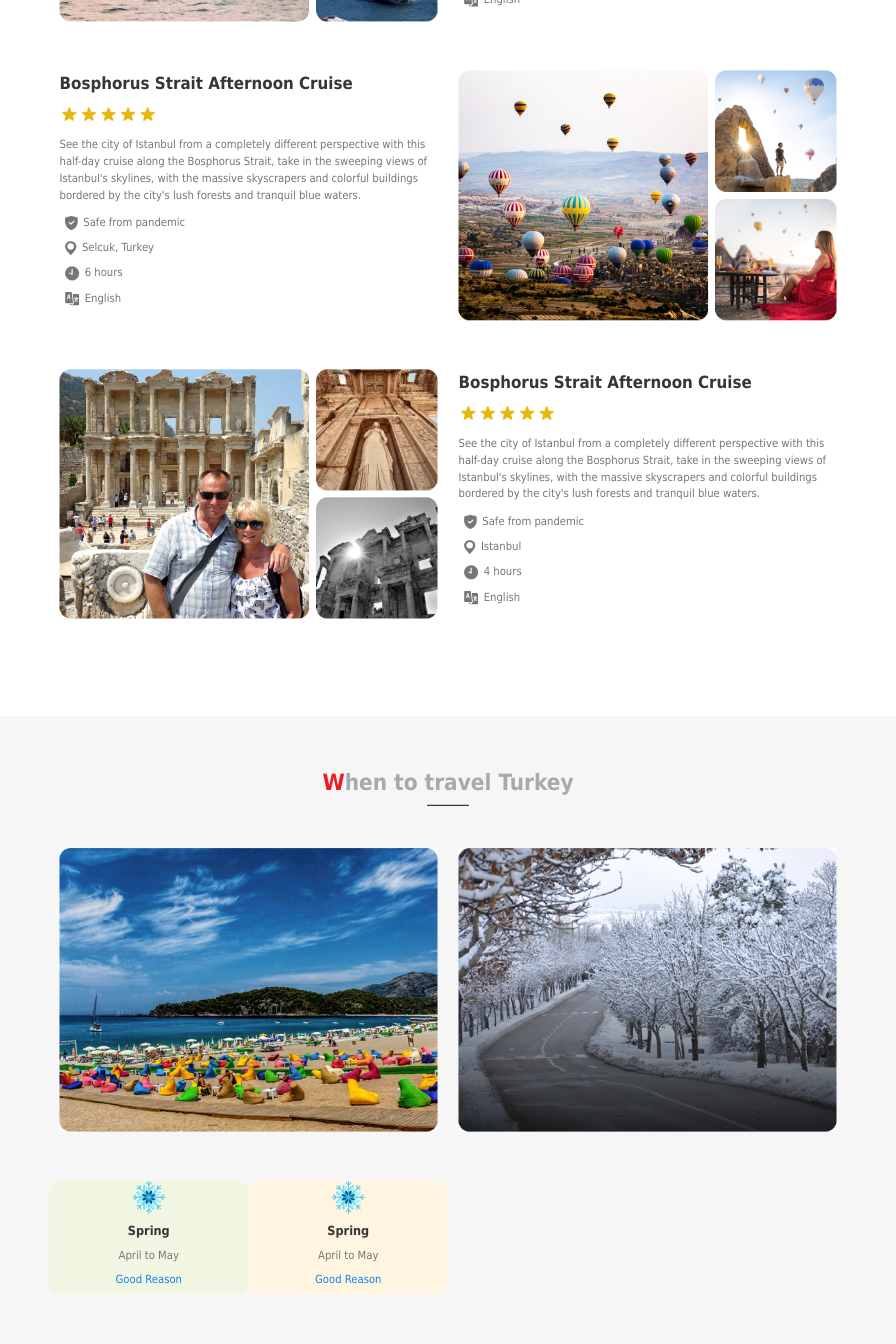
Repository: cvminhquan/turkey
Page: index.html
The author's editor kept a copy of each file at every save. The page is drawn from the files as they stood at one save, then again after the next save.
The browser window is 1280 px wide. The pictures show the part of the page from y = 1841 to 3761 px (the page is 3761 px tall), at 70% of full size.
The style sheet was rebuilt from its Sass, Less or Tailwind sources for each picture, by a compiler version that may differ from the author's.

Above is the page before, as saved 2022-09-15 19:57:53.

After the next save:
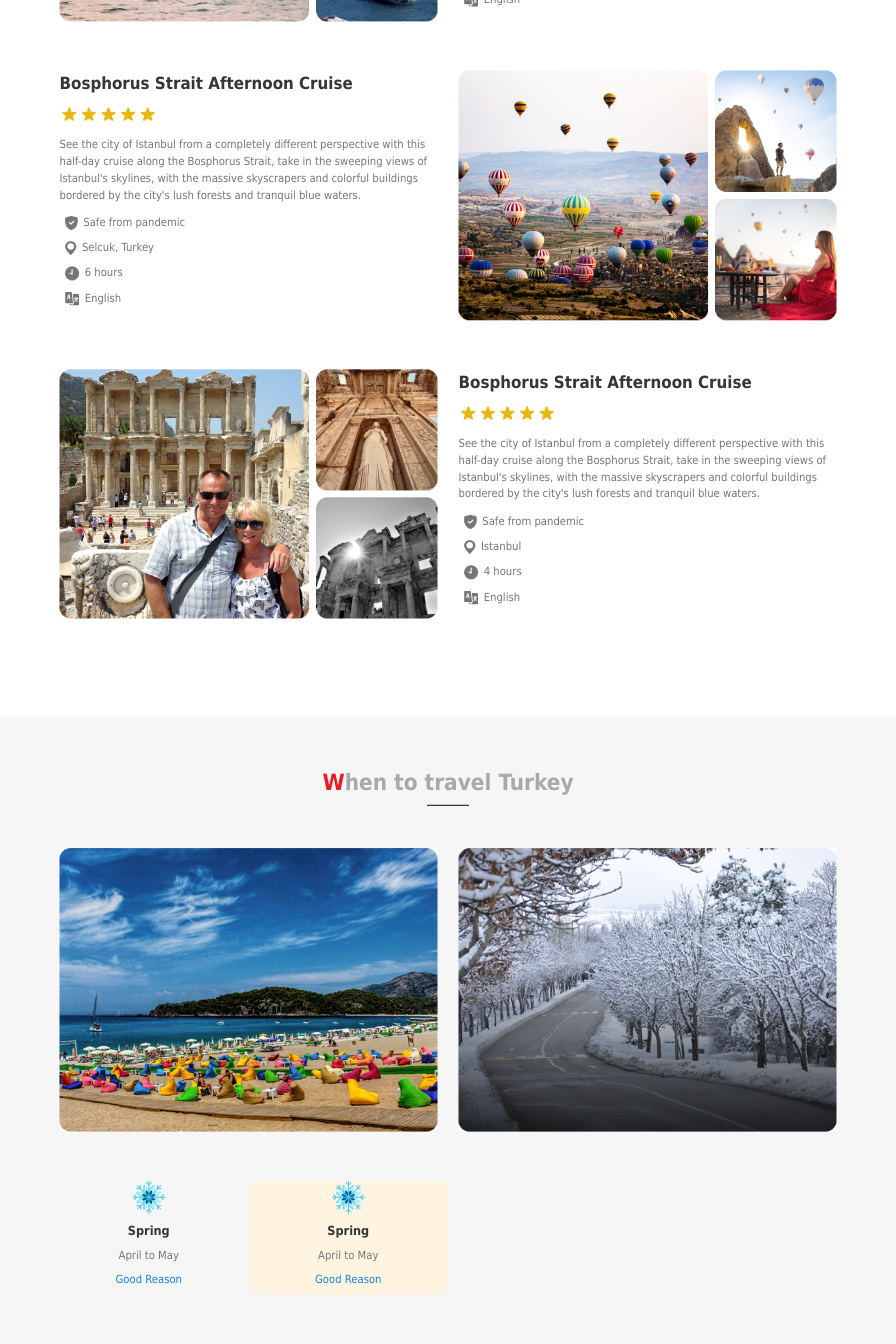
Saved 17 s later.
--- a/index.html
+++ b/index.html
@@ -192,7 +192,8 @@
                     </div>
                 </div> -->
                 <div class="row">
-                    <div class="col-3 text-center bg-spring px-0">
+                    <div class="col-3 text-center px-0">
+                        <div class="bg-spring"></div>
                         <p class=" bdr text-center "><img src="./images/icon-snow.svg " alt=" "></p>
                         <h2>Spring</h2>
                         <p>
